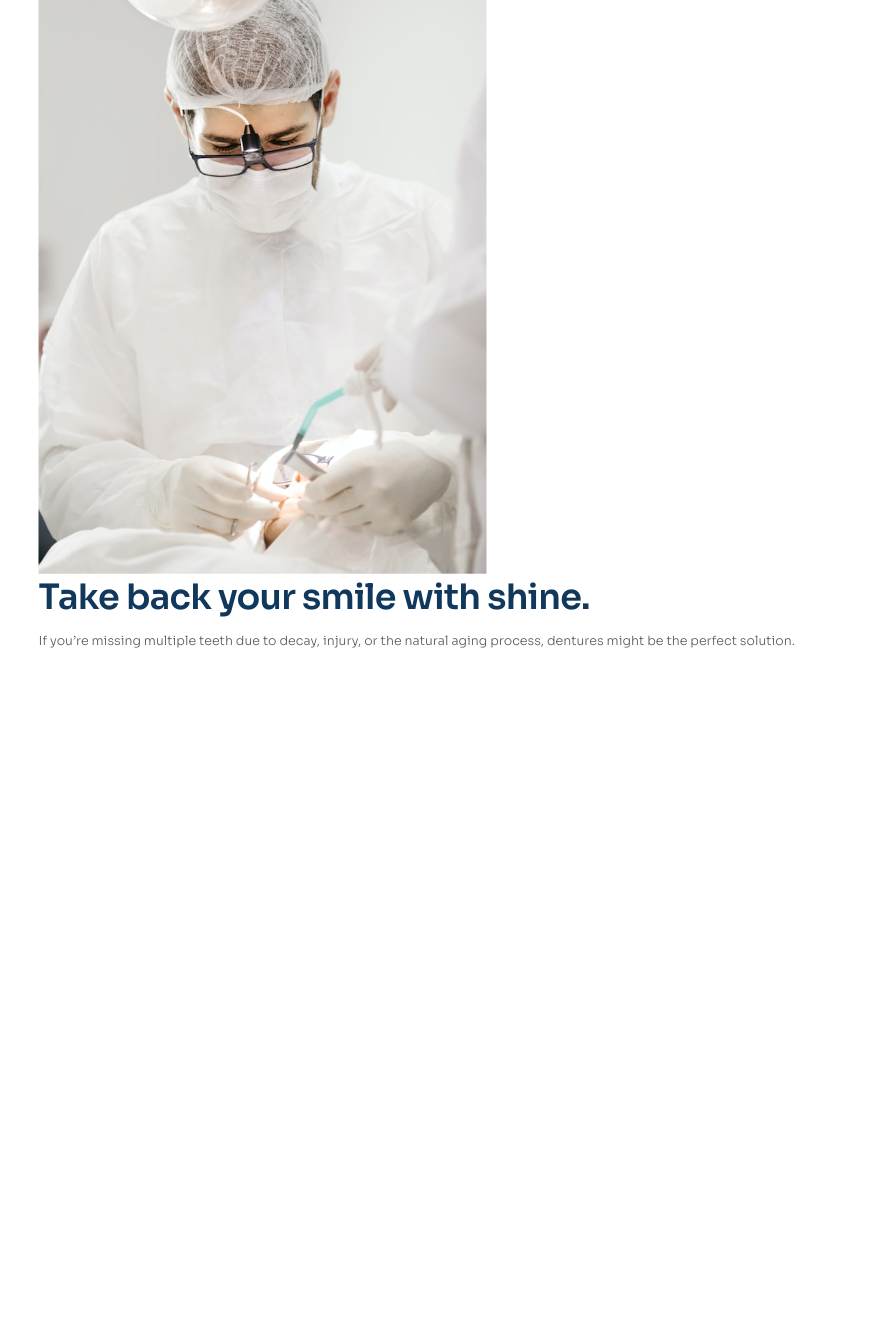
Repository: dongnguyen2112/htmlcss-project-03
Page: index.html
The author's editor kept a copy of each file at every save. The page is drawn from the files as they stood at one save, then again after a run of saves.
The browser window is 1280 px wide. The pictures show the part of the page from y = 3761 to 5681 px (the page is 5720 px tall), at 70% of full size.

Above is the page before, as saved 2023-08-02 20:38:39.

After the next 2 saves:
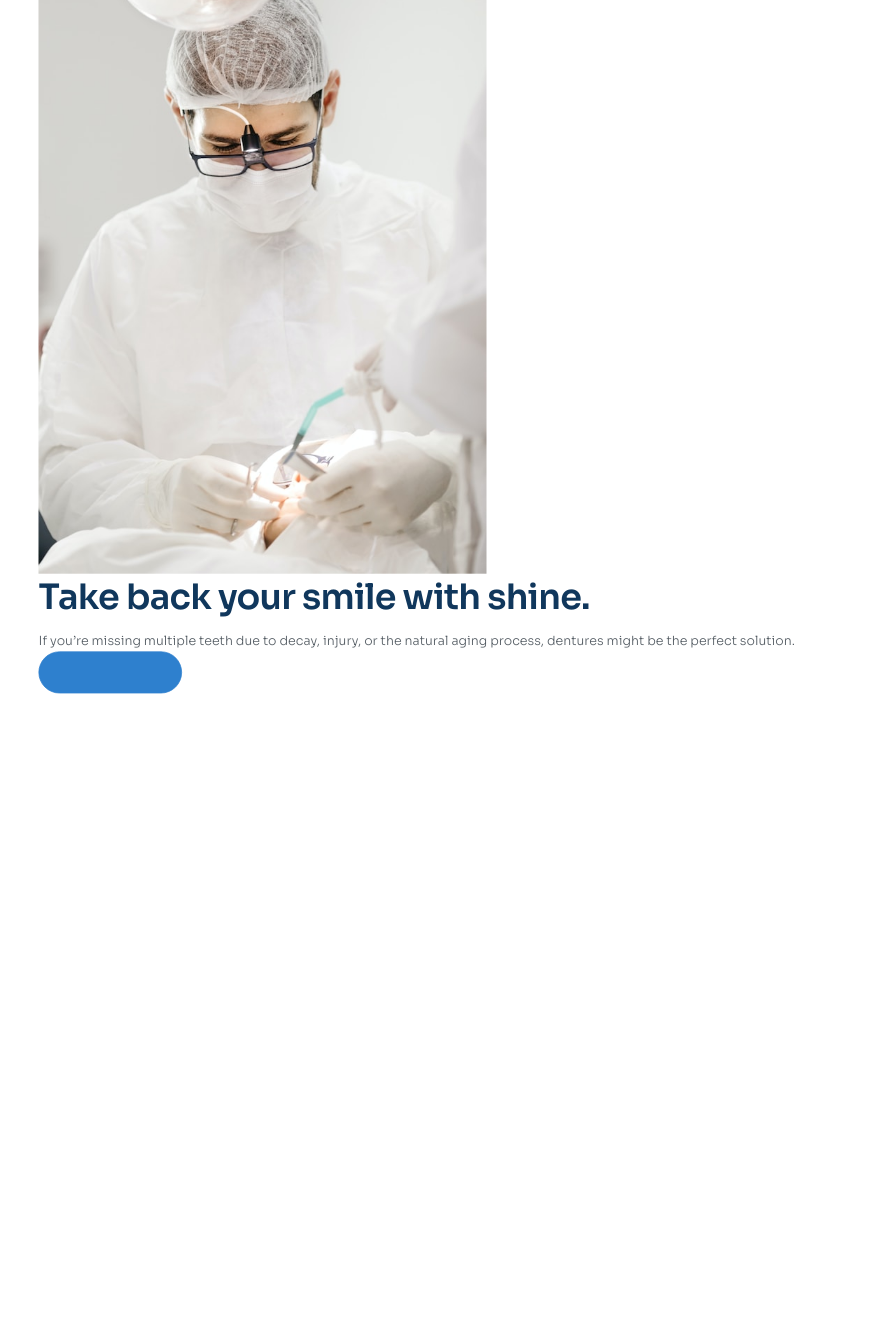
The 2 saves are shown as one change because they came seconds apart.
The last was saved 29 s later.
--- a/index.html
+++ b/index.html
@@ -358,6 +358,7 @@
                         <p class="section-desc">
                             If you’re missing multiple teeth due to decay, injury, or the natural aging process, dentures might be the perfect solution.
                         </p>
+                        <a href="" class="btn"></a>
                     </section>
                 </div>
             </div>
